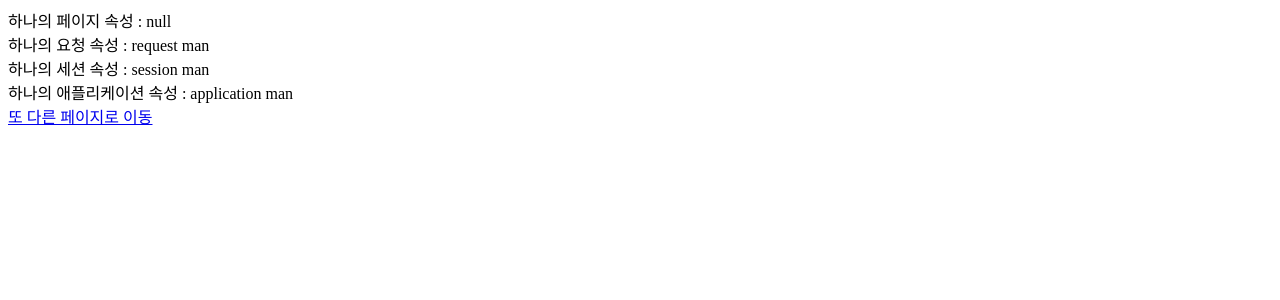
Repository: jungwoonAn/jsp_basic
Page: http://localhost/MustHaveJSP/03_Scope/01_firstPage.jsp
An editor plug-in stored every save of this project. The page is shown before and after the next save, followed by the edit.
The browser window is 1280 px wide. The pictures show the whole page.
The page is served by Tomcat 10.

Above is the page before, as saved 2024-10-17 06:23:10.

After the next save:
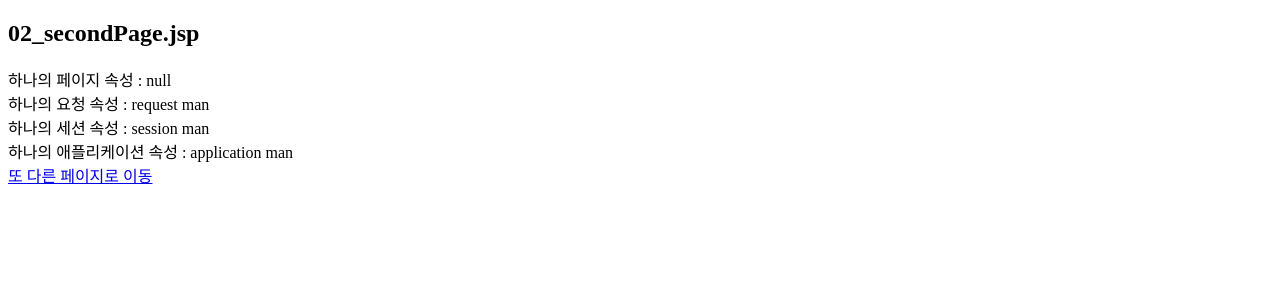
Saved 15 min 20 s later.
--- a/MustHaveJSP/src/main/webapp/03_Scope/02_secondPage.jsp
+++ b/MustHaveJSP/src/main/webapp/03_Scope/02_secondPage.jsp
@@ -7,6 +7,7 @@
 <title>Insert title here</title>
 </head>
 <body>
+	<h2>02_secondPage.jsp</h2>
 	하나의 페이지 속성 : <%= pageContext.getAttribute("name") %><br>
 	하나의 요청 속성 : <%= request.getAttribute("name") %><br>
 	하나의 세션 속성 : <%= session.getAttribute("name") %><br>
